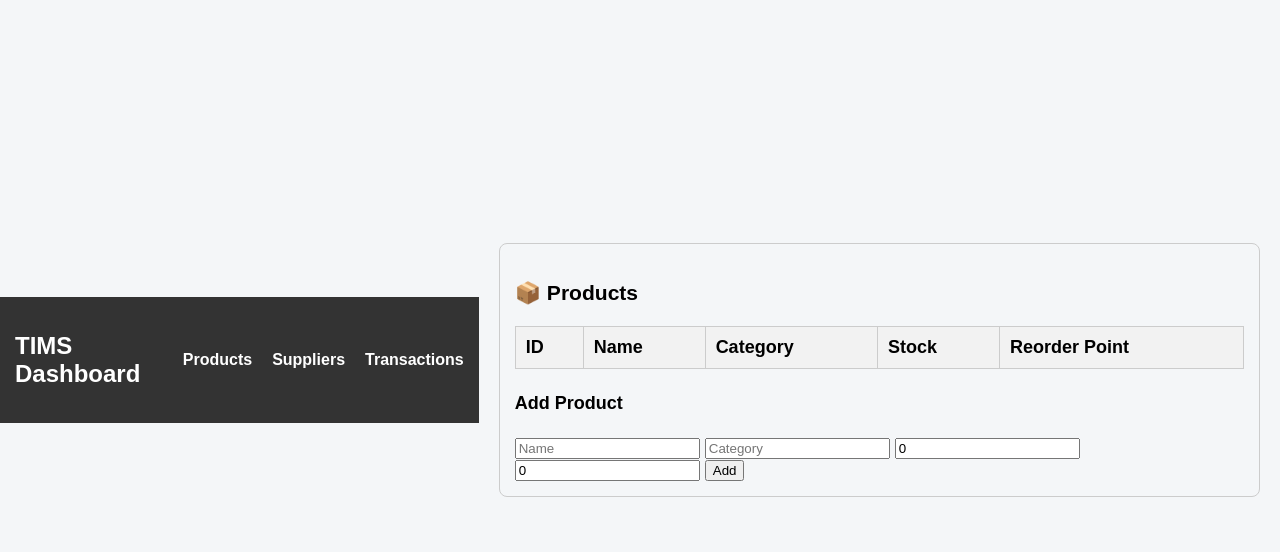
Repository: Soundaryalakshmi2005/Telecom-Management-System
Page: tims-frontends/src/main/webapp/dashboard.html
An editor plug-in stored every save of this project. The page is shown before and after the next save, followed by the edit.
The browser window is 1280 px wide. The pictures show the whole page.
The page's requests for data from a server got no answer.

Above is the page before, as saved 2025-08-23 14:51:51.

### tims-frontends/src/main/webapp/dashboard.html
<!DOCTYPE html>
<html lang="en">
<head>
  <meta charset="UTF-8">
  <title>TIMS Dashboard</title>
  <link rel="stylesheet" href="css/style.css">
</head>
<body>
  <!-- Navbar -->
  <nav class="navbar">
    <h2>TIMS Dashboard</h2>
    <ul>
      <li><a href="#" id="productsTab">Products</a></li>
      <li><a href="#" id="suppliersTab">Suppliers</a></li>
      <li><a href="#" id="transactionsTab">Transactions</a></li>
    </ul>
  </nav>

  <!-- Main Content -->
  <div class="content">
    <!-- Products -->
    <section id="productsSection" class="section">
      <h3>📦 Products</h3>
      <table id="productsTable">
        <thead>
          <tr>
            <th>ID</th><th>Name</th><th>Category</th><th>Stock</th><th>Reorder Point</th>
          </tr>
        </thead>
        <tbody></tbody>
      </table>

      <h4>Add Product</h4>
      <form id="productForm">
        <input type="text" id="prodName" placeholder="Name" required>
        <input type="text" id="prodCategory" placeholder="Category">
        <input type="number" id="prodStock" placeholder="Stock" value="0">
        <input type="number" id="prodReorder" placeholder="Reorder Point" value="0">
        <button type="submit">Add</button>
      </form>
    </section>

    <!-- Suppliers -->
    <section id="suppliersSection" class="section hidden">
      <h3>🏭 Suppliers</h3>
      <table id="suppliersTable">
        <thead>
          <tr>
            <th>ID</th><th>Name</th><th>Contact</th><th>Email</th>
          </tr>
        </thead>
        <tbody></tbody>
      </table>

      <h4>Add Supplier</h4>
      <form id="supplierForm">
        <input type="text" id="supName" placeholder="Name" required>
        <input type="text" id="supContact" placeholder="Contact Number">
        <input type="email" id="supEmail" placeholder="Email">
        <button type="submit">Add</button>
      </form>
    </section>

    <!-- Transactions -->
    <section id="transactionsSection" class="section hidden">
      <h3>🔄 Transactions</h3>
      <table id="transactionsTable">
        <thead>
          <tr>
            <th>ID</th><th>Product</th><th>Quantity</th><th>Type</th><th>Timestamp</th>
          </tr>
        </thead>
        <tbody></tbody>
      </table>

      <h4>Add Transaction</h4>
      <form id="transactionForm">
        <input type="number" id="txnProductId" placeholder="Product ID" required>
        <input type="number" id="txnQuantity" placeholder="Quantity" required>
        <select id="txnType">
          <option value="IN">IN</option>
          <option value="OUT">OUT</option>
        </select>
        <button type="submit">Add</button>
      </form>
    </section>
  </div>

  <script src="js/dashboard.js"></script>
</body>
</html>

### tims-frontends/src/main/webapp/css/style.css
body {
  font-family: Arial, sans-serif;
  background-color: #f4f6f8;
  display: flex;
  justify-content: center;
  align-items: center;
  height: 100vh;
  margin: 0;
}

.login-container {
  background: white;
  padding: 30px;
  border-radius: 12px;
  box-shadow: 0 4px 12px rgba(0,0,0,0.1);
  width: 300px;
  text-align: center;
}

.login-container h2 {
  margin-bottom: 20px;
  color: #333;
}

.login-container input {
  width: 100%;
  padding: 10px;
  margin: 8px 0;
  border: 1px solid #ccc;
  border-radius: 8px;
}

.login-container button {
  width: 100%;
  padding: 10px;
  background-color: #28a745;
  color: white;
  border: none;
  border-radius: 8px;
  cursor: pointer;
  margin-top: 10px;
}

.login-container button:hover {
  background-color: #218838;
}

.error {
  color: red;
  margin-top: 10px;
}

/* Navbar */
.navbar {
  background-color: #333;
  padding: 15px;
  color: white;
  display: flex;
  justify-content: space-between;
  align-items: center;
}

.navbar ul {
  list-style: none;
  margin: 0;
  padding: 0;
  display: flex;
}

.navbar li {
  margin-left: 20px;
}

.navbar a {
  color: white;
  text-decoration: none;
  font-weight: bold;
}

.navbar a:hover {
  text-decoration: underline;
}

/* Sections */
.content {
  padding: 20px;
}

.section {
  margin-top: 20px;
  font-size: 18px;
  padding: 15px;
  border: 1px solid #ccc;
  border-radius: 8px;
}

.hidden {
  display: none;
}

/* Tables */
table {
  width: 100%;
  border-collapse: collapse;
  margin-top: 15px;
}

table, th, td {
  border: 1px solid #ccc;
}

th, td {
  padding: 10px;
  text-align: left;
}

th {
  background-color: #f2f2f2;
}

### tims-frontends/src/main/webapp/js/dashboard.js
document.addEventListener("DOMContentLoaded", function () {
  const productsTab = document.getElementById("productsTab");
  const suppliersTab = document.getElementById("suppliersTab");
  const transactionsTab = document.getElementById("transactionsTab");

  const productsSection = document.getElementById("productsSection");
  const suppliersSection = document.getElementById("suppliersSection");
  const transactionsSection = document.getElementById("transactionsSection");

  function showSection(sectionToShow) {
    [productsSection, suppliersSection, transactionsSection].forEach(section => {
      section.classList.add("hidden");
    });
    sectionToShow.classList.remove("hidden");
  }

  productsTab.addEventListener("click", () => {
    showSection(productsSection);
    loadProducts();
  });
  suppliersTab.addEventListener("click", () => {
    showSection(suppliersSection);
    loadSuppliers();
  });
  transactionsTab.addEventListener("click", () => {
    showSection(transactionsSection);
    loadTransactions();
  });

  // Load data functions
  function loadProducts() {
    fetch("http://localhost:8080/api/products")
      .then(res => res.json())
      .then(data => {
        const tbody = document.querySelector("#productsTable tbody");
        tbody.innerHTML = "";
        data.forEach(p => {
          const row = `<tr>
            <td>${p.id}</td>
            <td>${p.name}</td>
            <td>${p.category}</td>
            <td>${p.stock}</td>
            <td>${p.reorderPoint}</td>
          </tr>`;
          tbody.innerHTML += row;
        });
      })
      .catch(err => console.error("Error loading products:", err));
  }

  function loadSuppliers() {
    fetch("http://localhost:8080/api/suppliers")
      .then(res => res.json())
      .then(data => {
        const tbody = document.querySelector("#suppliersTable tbody");
        tbody.innerHTML = "";
        data.forEach(s => {
          const row = `<tr>
            <td>${s.id}</td>
            <td>${s.name}</td>
            <td>${s.contactNumber}</td>
            <td>${s.email}</td>
          </tr>`;
          tbody.innerHTML += row;
        });
      })
      .catch(err => console.error("Error loading suppliers:", err));
  }

  function loadTransactions() {
    fetch("http://localhost:8080/api/transactions")
      .then(res => res.json())
      .then(data => {
        const tbody = document.querySelector("#transactionsTable tbody");
        tbody.innerHTML = "";
        data.forEach(t => {
          const row = `<tr>
            <td>${t.id}</td>
            <td>${t.product ? t.product.name : "N/A"}</td>
            <td>${t.quantity}</td>
            <td>${t.type}</td>
            <td>${t.timestamp}</td>
          </tr>`;
          tbody.innerHTML += row;
        });
      })
      .catch(err => console.error("Error loading transactions:", err));
  }

  // Load products by default
  loadProducts();
});

After the next save:
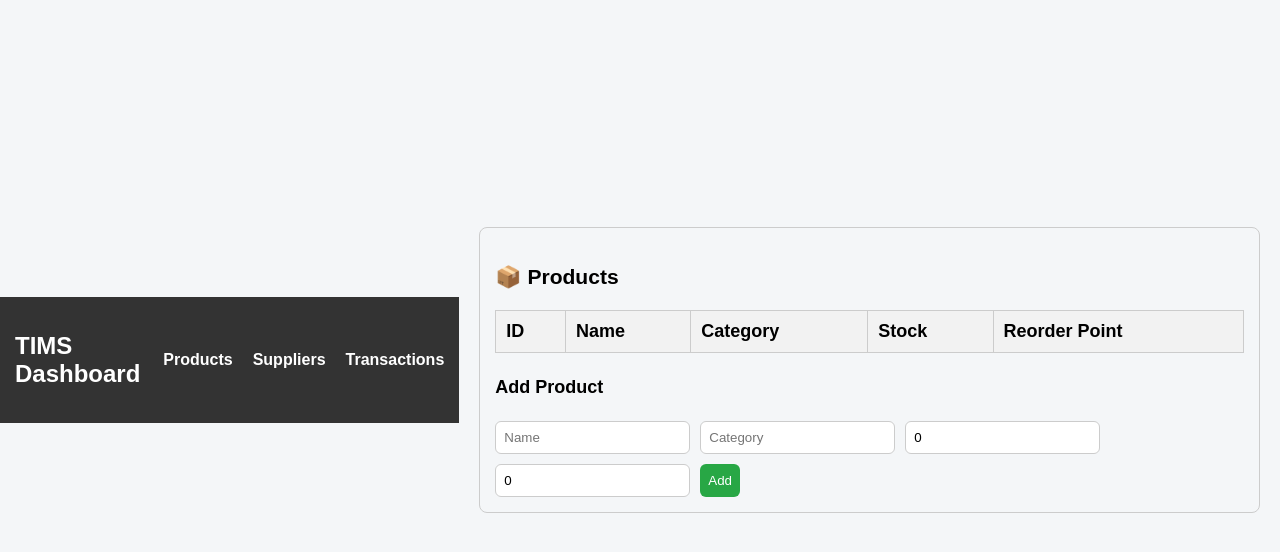
Saved 14 s later.
--- a/tims-frontends/src/main/webapp/css/style.css
+++ b/tims-frontends/src/main/webapp/css/style.css
@@ -117,3 +117,27 @@ th, td {
 th {
   background-color: #f2f2f2;
 }
+
+form {
+  margin-top: 15px;
+  display: flex;
+  flex-wrap: wrap;
+  gap: 10px;
+}
+
+form input, form select, form button {
+  padding: 8px;
+  border: 1px solid #ccc;
+  border-radius: 6px;
+}
+
+form button {
+  background-color: #28a745;
+  color: white;
+  cursor: pointer;
+  border: none;
+}
+
+form button:hover {
+  background-color: #218838;
+}
